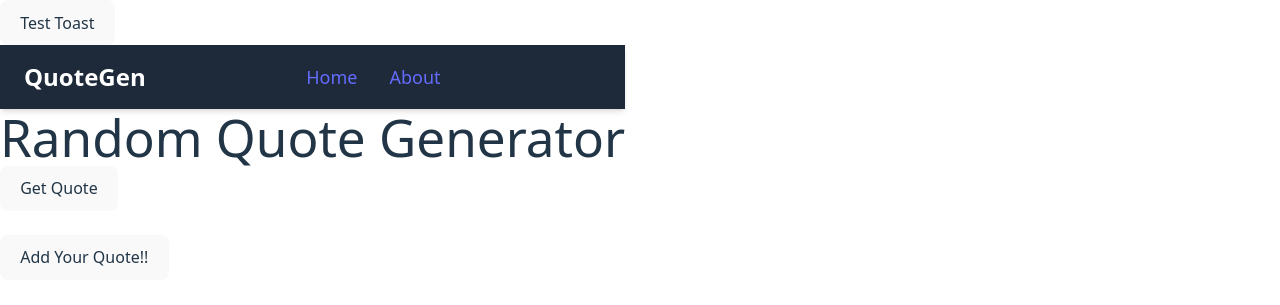
Repository: Vaibhav979/Quote-Generator
Page: / (app in QuoteGen-View/)
The author's editor kept a copy of each file at every save. The page is drawn from the files as they stood at one save, then again after the next save.
The browser window is 1280 px wide. The pictures show the whole page.
The page's requests for data from a server got no answer. The project was rebuilt for these pictures with package versions that can differ from the ones it lists, and the page was loaded fresh each time. No one was signed in, and anything a server would have sent is missing. Also part of the build but not shown: QuoteGen-View/vite.config.js, QuoteGen-View/src/components/AddQuotePage.jsx, QuoteGen-View/src/App.css, QuoteGen-View/src/components/Dashboard.jsx, QuoteGen-View/src/components/RequireAuth.jsx.

Above is the page before, as saved 2025-08-20 20:29:40.

After the next save:
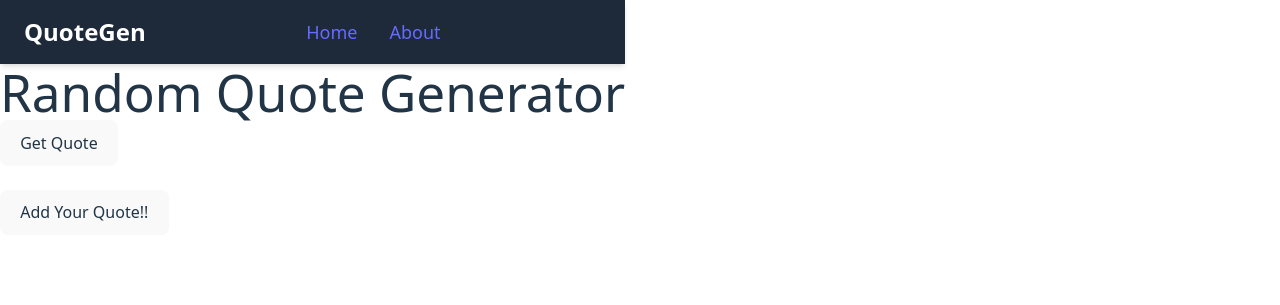
Saved 10 min 47 s later.
--- a/QuoteGen-View/src/App.jsx
+++ b/QuoteGen-View/src/App.jsx
@@ -42,10 +42,6 @@
 
   return (
     <>
-      <button onClick={() => toast.error("Manual test toast")}>
-        Test Toast
-      </button>
-
       <Navbar user={user} setUser={setUser} />
       <Routes>
         <Route path="/" element={<Quotes />} />
